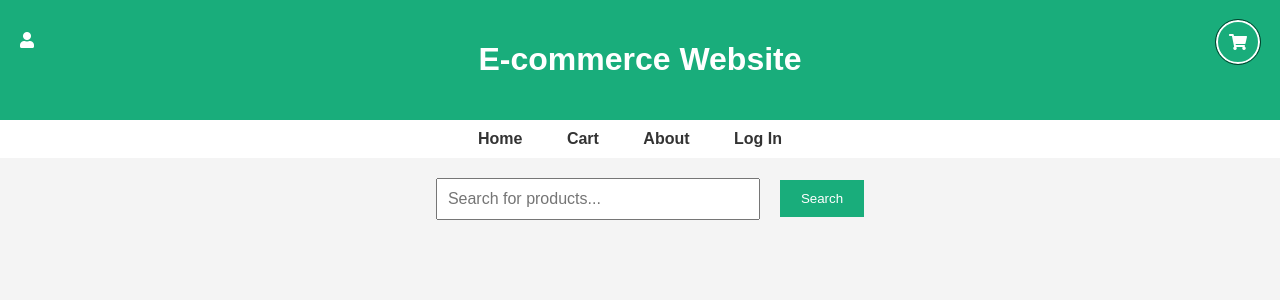
Repository: wissam333/OnlineStore
Page: products.html
The author's editor kept a copy of each file at every save. The page is drawn from the files as they stood at one save, then again after the next save.
The browser window is 1280 px wide. The pictures show the whole page.
The page's requests for data from a server got no answer.

Above is the page before, as saved 2024-08-08 18:33:59.
Console error: TypeError: Cannot read properties of null (reading 'addEventListener')

After the next save:
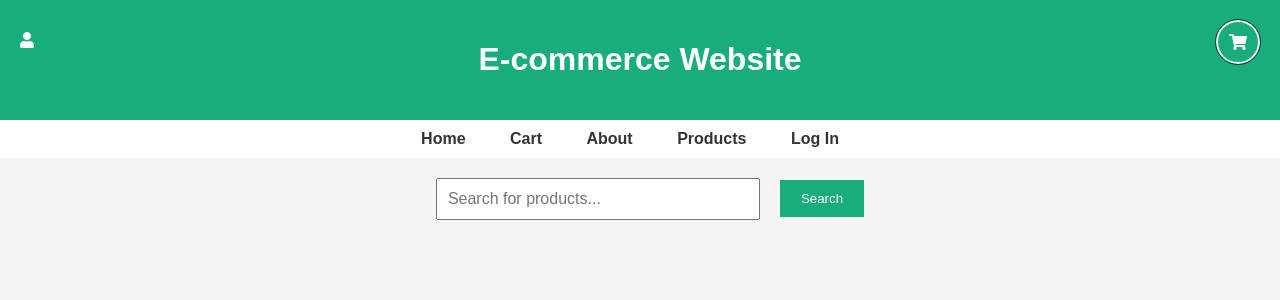
Saved 33 s later.
--- a/products.html
+++ b/products.html
@@ -270,6 +270,9 @@
         <li><a href="./index.html" data-route="index.html">Home</a></li>
         <li><a href="./cart.html" data-route="cart.html">Cart</a></li>
         <li><a href="./about.html" data-route="about.html">About</a></li>
+        <li>
+          <a href="./products.html" data-route="login.html">Products</a>
+        </li>
         <li>
           <a href="./login.html" data-route="login.html">Log In</a>
         </li>
